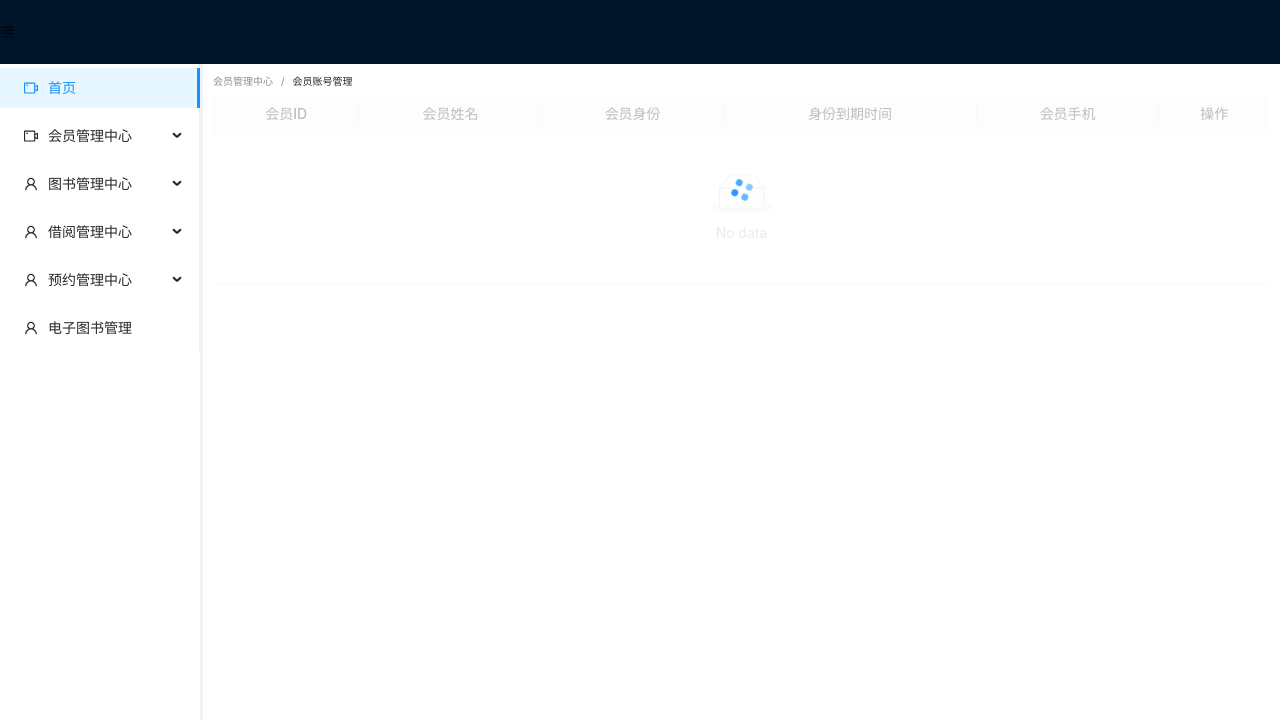
Repository: font-ds/cssy-manage
Page: /vipmanage/vipmanage1
These files come from the project's save history. The page is drawn as it stood at one moment and after the next save; the edit follows.
The browser window is 1280 px wide. The pictures show the whole page.
The page's requests for data from a server got no answer. The project was rebuilt for these pictures with package versions that can differ from the ones it lists, and the page was loaded fresh each time. Some packages were replaced by stand-ins written for this rebuild. No one was signed in, and anything a server would have sent is missing. Also part of the build but not shown: src/pages/auth/vipManage/coupon/index.tsx, src/pages/auth/vipManage/manage/detail/components/util.tsx, src/pages/auth/vipManage/manage/detail/components/appointTable.tsx, src/pages/auth/vipManage/manage/detail/components/leadTable.tsx, src/pages/auth/vipManage/manage/detail/index.scss, src/pages/auth/vipManage/manage/detail/index.tsx, src/pages/auth/vipManage/manage/add/index.scss, src/pages/auth/vipManage/manage/add/index.tsx and 4 more. Imported but missing from the stored project, and not drawn on this page: src/pages/auth/index/index, src/reportWebVitals, src/store/test.

Above is the page before, as saved 2022-09-14 18:13:54.

### src/App.tsx
import React from 'react';
import {Provider} from 'react-redux'
import {store} from './store/store'
import {
  QueryClient,
  QueryClientProvider,
} from '@tanstack/react-query'
import {BrowserRouter} from 'react-router-dom';
import { ReactQueryDevtools } from '@tanstack/react-query-devtools'
import {FullPageLoading} from './components/fullpage/FullPageLoading';
import './App.scss'

// 代码分割
const AuthComponents=React.lazy(()=>import('./pages/auth'))
const NoAuthComponents=React.lazy(()=>import('./pages/index'))

function App() {
  const queryClient = new QueryClient()
  const user=true
  return (
    <QueryClientProvider client={queryClient}>
      <Provider store={store}>
        <React.Suspense fallback={<FullPageLoading />}>
          <BrowserRouter>
            {user?<AuthComponents />:<NoAuthComponents />}
          </BrowserRouter>
        </React.Suspense>
      </Provider>
      <ReactQueryDevtools initialIsOpen={false}  />
    </QueryClientProvider>
  );
}

export default App;

### src/store/store.tsx
import {configureStore} from '@reduxjs/toolkit';
import testReducer from './test'

export const store=configureStore({
    reducer:{
        test:testReducer
    },

})

export type RootState=ReturnType<typeof store.getState>
export type AppDispatch=typeof store.dispatch

### src/components/fullpage/FullPageLoading.tsx
import { Spin } from "antd";
export const FullPageStyle = {
  height: "100vh",
  display: "flex",
  justifyContent: "center",
  alignItems: "center",
};
export const FullPageLoading = () => {
  return (
    <div style={FullPageStyle}>
      <Spin size={"large"} />
    </div>
  );
};

### src/App.scss
/* 全局样式区域 */
@import '~antd/dist/antd.css';
* {
  margin: 0;
  padding: 0;
}
html{
  font-size: 62.5%;
  min-width: 1200px;
}

### src/pages/auth/index.tsx
import React,{useState} from 'react'
import { Layout, Menu } from 'antd';
import {
  MenuFoldOutlined,
  MenuUnfoldOutlined,
} from '@ant-design/icons';
import Bread from '../../components/bread/bread';
import './index.scss'
import {router} from './router';
import { Route, Routes, useNavigate } from "react-router";
import Inde from './index/index';



const { Header, Sider, Content } = Layout;

export default function Index() {
  const [collapsed, setCollapsed] = useState(false);
  return (
    <Layout style={{minHeight:'100vh'}}>
      <Header className="site-layout-background" style={{ padding: 0 }}>
        {React.createElement(collapsed ? MenuUnfoldOutlined : MenuFoldOutlined, {
          className: 'trigger',
          onClick: () => setCollapsed(!collapsed),
        })}
      </Header>
      <Layout>
        <Sider theme='light' trigger={null} collapsible collapsed={collapsed}>
          <LeftMenu></LeftMenu>
        </Sider>
        <Layout className="site-layout">

          <Content
            className="site-layout-background"
            style={{
              marginLeft:'0.3rem',
              padding: '1rem',
              minHeight: 280,
            }}
          >
            <Bread></Bread>
            <Routes>
              <Route index element={<Inde></Inde>}></Route>
              {router.map(item=>{
                if(item.key==='index') return null
                return <Route key={item.key} path={item.path} element={item.route}></Route>
              })}
            </Routes>
          </Content>
        </Layout>
      </Layout>
    </Layout>
  )
}

const LeftMenu=()=>{
  const navigate = useNavigate();

  return <Menu
    theme="light"
    mode="inline"
    defaultSelectedKeys={['']}
    items={router}
    onClick={e=>{
      const path=e.keyPath.reverse().join('/')
      console.log(path)
      navigate(path)
  }}
  />
}

### src/components/bread/bread.tsx
import { Breadcrumb, Col, Row } from "antd";
import { Link, useLocation } from "react-router-dom";
import { breadcrumbRouterNameMap } from "./router";
const Bread = () => {
  const location = useLocation();

  const pathSnippets = location.pathname.split("/").filter((i) => i);
  const extraBreadcrumbItems = pathSnippets.map((_, index) => {
    const url = `${pathSnippets.slice(0, index + 1).join("/")}`;
    return (
      <Breadcrumb.Item key={url}>
        {index > 0 ? (
          <Link style={{fontSize:'1rem'}} to={url}>{breadcrumbRouterNameMap[url]}</Link>
        ) : (
          <>{breadcrumbRouterNameMap[url]}</>
        )}
      </Breadcrumb.Item>
    );
  });
  let breadcrumbItems: any = [];
  //如果不存在一级路由的话
  if (
    !extraBreadcrumbItems.length ||
    extraBreadcrumbItems[0].key === "changePwd"
  ) {
    breadcrumbItems = [
      <Breadcrumb.Item key='home'>
        <Link style={{fontSize:'1rem'}} to='/'>首页</Link>
      </Breadcrumb.Item>,
      ...extraBreadcrumbItems,
    ];
  } else {
    breadcrumbItems = extraBreadcrumbItems;
  }

  //如果其父path为数组里元素，或者路由等级小于三级，则该页不显示回退按钮

  return (
    <Row align='middle' justify='space-between' style={{marginBottom:'0.5rem'}}>
      <Col>
        <Breadcrumb  style={{fontSize:'1rem'}} separator='/'>{breadcrumbItems}</Breadcrumb>
      </Col>
      {/* {showHistoryBack() && (
        <Col>
          <Button type='link' onClick={historyBack}>
            返回上一级
          </Button>
        </Col>
      )} */}
    </Row>
  );
};
export default Bread;

### src/pages/auth/index.scss
#components-layout-demo-custom-trigger .trigger {
    padding: 0 24px;
    font-size: 18px;
    line-height: 64px;
    cursor: pointer;
    transition: color 0.3s;
  }

  #components-layout-demo-custom-trigger .trigger:hover {
    color: #1890ff;
  }

  #components-layout-demo-custom-trigger .logo {
    height: 32px;
    margin: 16px;
    background: rgba(255, 255, 255, 0.3);
  }

  .site-layout .site-layout-background {
    background: #fff;
  }

### src/pages/auth/router.tsx
import React from 'react'
import VipManage from './vipManage/index';
import BookMange from './bookManage/index'
import AppointManage from './appointManege/index'
import LeadManage from './leadManage/index'
import OnlineManage from './onlineManage/index'
import Index from './index/index';
import {

    UserOutlined,
    VideoCameraOutlined,
  } from '@ant-design/icons';

export const router=[
    {
        key:"",
        icon:<VideoCameraOutlined/>,
        label:'首页',
        route:<Index />,
    },
    {
        key:'vipmanage',
        icon:<VideoCameraOutlined/>,
        label:'会员管理中心',
        path:'vipmanage/*',
        route:<VipManage />,
        children:[
            {label:'会员账号管理',key:'vipmanage1'},
            {label:'优惠券管理',key:'vipmanage2'},
        ]
    },
    {
        key:'bookmanage',
        icon:<UserOutlined/>,
        label:'图书管理中心',
        path:'bookmanage/*',
        route:<BookMange />,
        children:[
            {label:'图书管理列表',key:'bookmanage1'},
            {label:'图书添加操作',key:'bookmanage2'}
        ]
    },
    {
        key:'leadmanage',
        icon:<UserOutlined/>,
        label:'借阅管理中心',
        path:'leadmanage/*',
        route:<LeadManage />,
        children:[
            {label:'借阅管理列表',key:'leadmanage1'},
            {label:'快捷借阅操作',key:'leadmanage2'}
        ]
    },
    {
        key:'appointmanage',
        icon:<UserOutlined/>,
        label:'预约管理中心',
        path:'appointmanage/*',
        route:<AppointManage />,
        children:[
            {label:'预约管理列表',key:'appointmanage1'},
            {label:'预约内容设置',key:'appointmanage2'},
            {label:'金牌讲师设置',key:'appointmanage3'}
        ]
    },
    {
        key:'onlinemanage',
        icon:<UserOutlined/>,
        label:'电子图书管理',
        path:'onlinemanage/*',
        route:<OnlineManage />,

    },
]

### src/utils/use-optimistic-options.tsx
import { QueryKey, useQueryClient } from "@tanstack/react-query";

// queryKey需要修改的那个key
export const useConfig = (
  queryKey: QueryKey,
  callback: (target: any, old?: any) => any
) => {
  const queryClient = useQueryClient();
  return {
    //默认乐观返回，去设置传入的目标值，当失败时回退状态
    onSuccess: () => queryClient.invalidateQueries(queryKey),
    // 突变过程 target需要进行操作的一个 old原来的数据列表
    async onMutate(target: any) {
      const previousItems = queryClient.getQueryData(queryKey);
      queryClient.setQueryData(queryKey, (old?: any) => {
        return callback(target, old);
      });
      return { previousItems };
    },
    // 失败之后返回之前
    onError(error: any, newItem: any, context: any) {
      queryClient.setQueryData(queryKey, context.previousItems);
    },
  };
};
//对象修改
export const useSingleEditConfig = (queryKey: QueryKey, key: string = "id") =>
  useConfig(queryKey, (target, old) => target);

export const useEditConfig = (queryKey: QueryKey, key: string = "id") =>
  useConfig(
    queryKey,
    (target, old) =>
      old?.map((item: any) =>
        item[key] === target[key] ? { ...item, ...target } : item
      ) || []
  );

//数组删除
export const useDeleteConfig = (queryKey: QueryKey, key: string = "id") =>
  useConfig(queryKey, (target, old) => {
    //数组删除
    if (target instanceof Array) {
      let set = new Set(target.map((item: any) => item[key]));
      return old?.filter((item: any) => !set.has(item[key])) || [];
    } else {
      return old?.filter((item: any) => item[key] !== target[key]) || [];
    }
  });

export const useAddConfig = (queryKey: QueryKey) =>
  useConfig(queryKey, (target, old) => (old ? [...old, target] : []));

### src/components/bread/router.tsx
export const breadcrumbRouterNameMap: any = {
    "": "首页",
    vipmanage: "会员管理中心",
    'vipmanage/vipmanage1': "会员账号管理",
    'vipmanage/vipmanage1/detail': "会员详情",
    "vipmanage/vipmanage2": "优惠券管理",
    bookmanage:'图书管理中心',
    'bookmanage/bookmanage1': "图书管理列表",
    "bookmanage/bookmanage2": "图书添加操作",
    leadmanage:'借阅管理中心',
    'leadmanage/leadmanage1': "借阅管理列表",
    "leadmanage/leadmanage2": "快捷借阅操作",
    appointmanage:'预约管理中心',
    'appointmanage/appointmanage1': "借阅管理列表",
    "appointmanage/appointmanage2": "快捷借阅操作",
    "appointmanage/appointmanage3": "快捷借阅操作",
    onlinemanage:'电子图书管理'
}

### src/pages/auth/vipManage/index.tsx
import React from 'react'
import { Route, Routes } from "react-router";
import Coupon from './coupon/index'
import Manage from './manage/index'
import Detail from './manage/detail/index';
import Add from './manage/add/index'


export default function Index() {
  return (
    <Routes>
      <Route
        path={"vipmanage1"}
        element={<Manage />}
      >
      </Route>
      <Route
        path={"vipmanage1/detail"}
        element={<Detail />}
      >
      </Route>
      <Route
        path={"vipmanage1/add"}
        element={<Add />}
      >
      </Route>
      <Route
        path={"vipmanage2"}
        element={<Coupon />}
      ></Route>

    </Routes>
  )
}

### src/utils/http.tsx
import React from 'react'
import qs from 'qs'
import {cleanObject} from './util'
import { message } from "antd";

interface fetchType extends RequestInit{
    token?:string
    data?:Object
    form?: boolean;
}

export const apiUrl = ''

export const request=async(url:string,{data,token,headers,...fetchConfig}:fetchType={})=>{
    const config = {
        method: "GET",
        headers: {
          token: token ? token : "",
          "Content-Type": data ? "application/json" : "",
        },
        form: false,
        ...fetchConfig,
      };

    if(config.method.toUpperCase() === 'GET'){
        url += `?${qs.stringify(data)}`
    }
    else if(!config.form){
        config.body = JSON.stringify(cleanObject(data))
    }
    else {
        config.headers["Content-Type"] = "application/x-www-form-urlencoded";
        config.body = qs.stringify(data);
    }
    return fetch(apiUrl+url, config)
    .then(async response =>{
        if(response.status === 500) return message.error('服务出错,请联系管理员')
        const res = await response.json()
        if (response.ok) {
            // if (res.code != "200") {
            //   message.error(res.msg || "服务错误，请联系管理员");
            //   return Promise.reject(res);
            // }
            // try {
            //   return JSON.parse(res.data);
            // } catch (e) {
            //   //如果JSON解析失败，则直接返回文本
            //   return res.data;
            // }
            return res
        }
        else {
            return Promise.reject(data);
        }
    })
}

export const useRequest = () =>{
    const token = localStorage.getItem('token')
    return React.useCallback((...[url, fetchConfig]: Parameters<typeof request>)=>{
        request(url,{...fetchConfig, token:token as string})
    },[token])
}

### src/pages/auth/vipManage/manage/index.tsx
import React from 'react'
import {Table,Button} from 'antd'
import {useNavigate} from 'react-router-dom';
import {useGetVipList} from './util';
import {useAddVip} from './util'

export default function Index() {
  const navigate=useNavigate()
  const {isLoading,data:users}=useGetVipList()
  console.log(isLoading,users)

  const {mutateAsync:addVip}=useAddVip(['vipmessage'])
  const addVipSubmit=()=>{
    addVip({username:'gyf',
      phone:'15824967233',
      identity_number:'12371923712937912379',
      power:1,
      power_expire_date:null})
    .then(res=>{
      console.log(res)
    })
  }

  return (
    <Table
        loading={isLoading}
        // pagination={pagination}
        size='small'
        rowKey={"vip_id"}
        columns={[
          {
            title: "会员ID",
            align:'center',
            dataIndex: "vip_id",
          },
          {
            title: "会员姓名",
            dataIndex: "vip_name",
            align:'center',
          },
          {
            title: "会员身份",
            dataIndex: "power",
            align:'center',
          },
          {
            title: "身份到期时间",
            dataIndex: "expired_date",
            align:'center',
          },
          {
            title: "会员手机",
            dataIndex: "phone",
            align:'center',
          },
          {
            title: "操作",
            align:'center',
            render(value) {
              return (
                <>
                  <Button type='link' onClick={() => {navigate('detail',{state:value})}}>
                    详情
                  </Button>
                  <Button type='link' danger onClick={() => {console.log('删除',value)}}>
                    删除
                  </Button>
                </>
              );
            },
          },
        ]}
        dataSource={users}
        // onChange={(v: PaginationProps) => {
        //   setPagination(v);
        // }}
      />
  )
}

### src/utils/util.tsx
export const isVoid = (value: unknown) =>
  value === undefined || value === null || value === "";
export const cleanObject = (object?: { [key: string]: unknown } | {}) => {
    // Object.assign({}, object)
    //如果传入数组则直接返回
    if (object instanceof Array) return object;
    if (!object) {
      return {};
    }
    const result = { ...object };
    Object.keys(result).forEach((key) => {
      const value = result[key];
      if (isVoid(value)) {
        delete result[key];
      }
    });
    return result;
  };

### src/pages/auth/vipManage/manage/util.tsx
import {useQuery,QueryKey,useMutation} from '@tanstack/react-query';
import {useAddConfig} from '../../../../utils/use-optimistic-options'
import {request} from '../../../../utils/http';
import {vipUser} from '../../../../type/type'

const getVipList=()=>{
    return request('http://127.0.0.1:4523/m1/1513755-0-default/back/vip')
}

export const useGetVipList=()=>{
    return useQuery(['vipmanage'],async ()=>{
        const res=await getVipList()
        return res.data
    })
}

export const useAddVip=(queryKey: QueryKey)=>{
    return useMutation(
        (params:vipUser)=>
        request(
            'http://127.0.0.1:4523/m1/1513755-0-default/back/vip',
            {
                method:'post',
                data:params
            }
        ),useAddConfig(queryKey)
    )
}

Loaded but not shown: public/index.html (common file); src/index.tsx (common file)

After the next save:
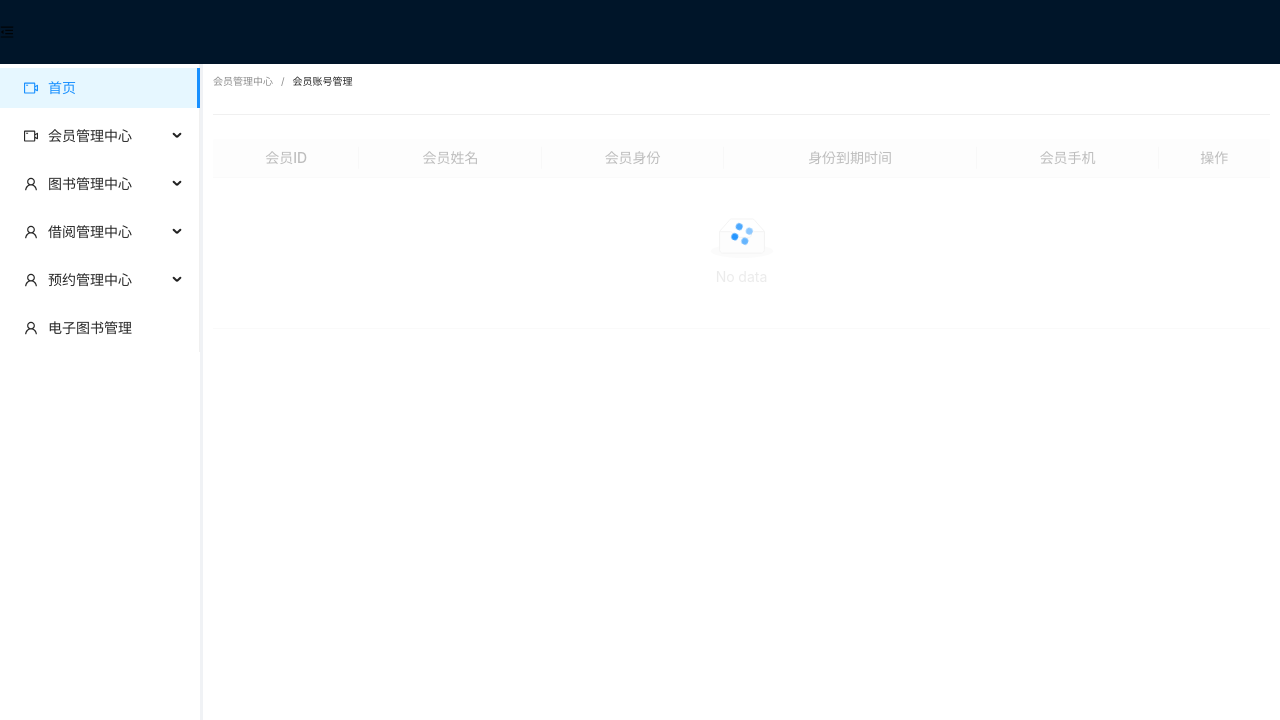
Saved 52 s later.
--- a/src/pages/auth/vipManage/manage/index.tsx
+++ b/src/pages/auth/vipManage/manage/index.tsx
@@ -1,5 +1,5 @@
 import React from 'react'
-import {Table,Button} from 'antd'
+import {Table,Button,Divider} from 'antd'
 import {useNavigate} from 'react-router-dom';
 import {useGetVipList} from './util';
 import {useAddVip} from './util'
@@ -22,6 +22,9 @@ export default function Index() {
   }
 
   return (
+  <>
+
+    <Divider></Divider>
     <Table
         loading={isLoading}
         // pagination={pagination}
@@ -75,5 +78,6 @@ export default function Index() {
         //   setPagination(v);
         // }}
       />
+    </>
   )
 }
